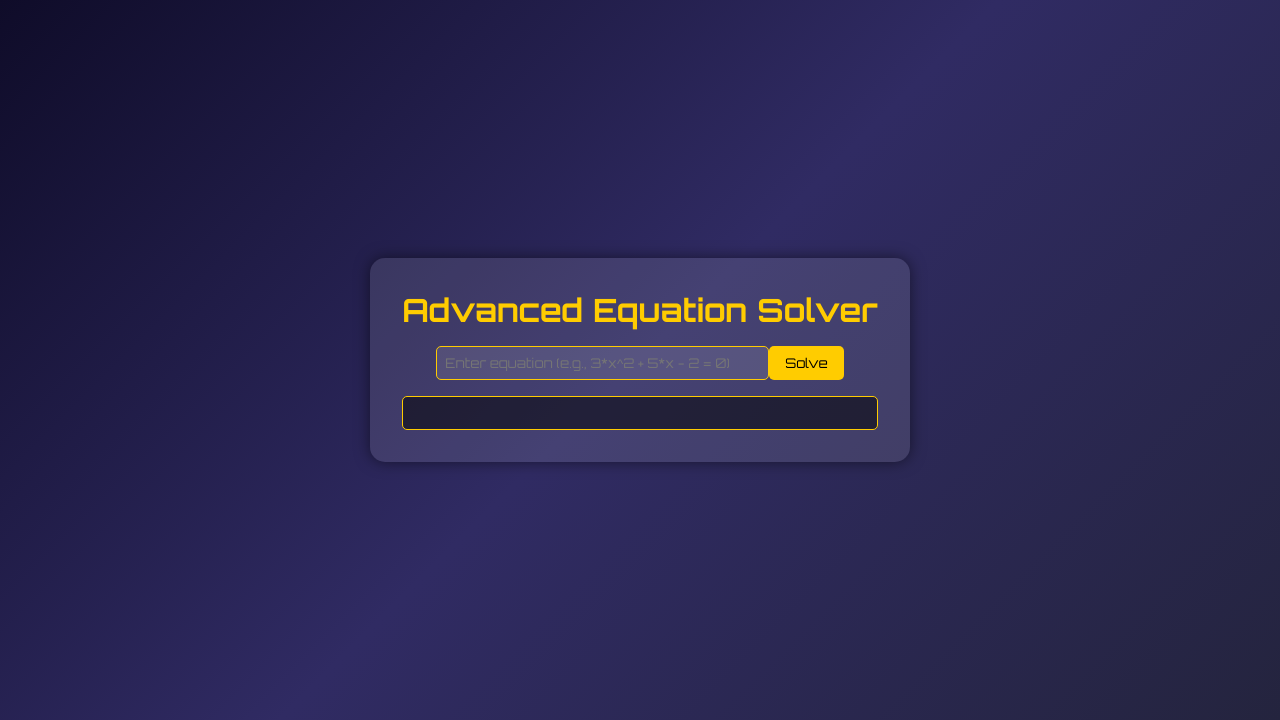
Repository: ngl-ankit/equation-solver
Page: index.html
The author's editor kept a copy of each file at every save. The page is drawn from the files as they stood at one save, then again after the next save.
The browser window is 1280 px wide. The pictures show the whole page.

Above is the page before, as saved 2024-07-07 12:23:25.

After the next save:
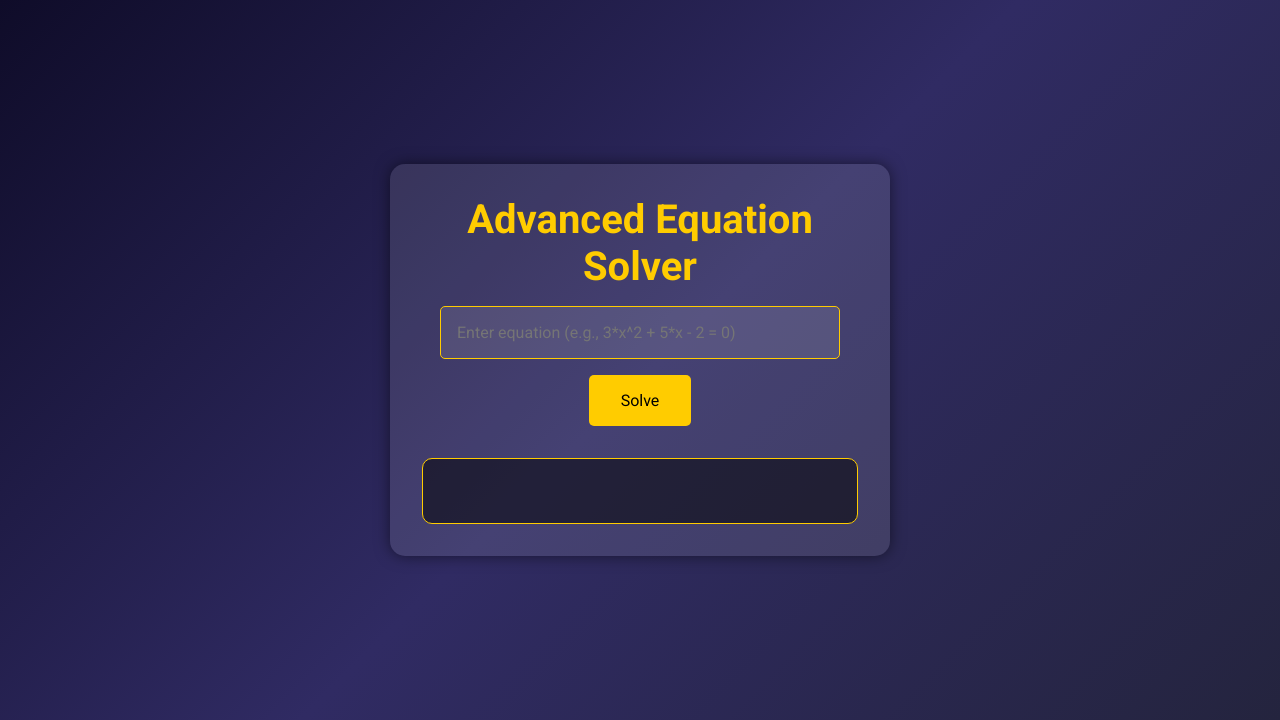
Saved 11 s later.
--- a/styles.css
+++ b/styles.css
@@ -1,10 +1,10 @@
-@import url("https://fonts.googleapis.com/css2?family=Orbitron:wght@400;700&display=swap");
+@import url("https://fonts.googleapis.com/css2?family=Roboto:wght@400;700&display=swap");
 
 * {
   margin: 0;
   padding: 0;
   box-sizing: border-box;
-  font-family: "Orbitron", sans-serif;
+  font-family: "Roboto", sans-serif;
 }
 
 body {
@@ -12,7 +12,13 @@ body {
   justify-content: center;
   align-items: center;
   height: 100vh;
-  background: linear-gradient(135deg, #0f0c29, #302b63, #24243e);
+  background-color: #0f0c29;
+  background-image: linear-gradient(
+    135deg,
+    #0f0c29 0%,
+    #302b63 51%,
+    #24243e 100%
+  );
   color: #fff;
   font-size: 16px;
 }
@@ -24,41 +30,52 @@ body {
   box-shadow: 0 0 15px rgba(0, 0, 0, 0.5);
   text-align: center;
   transition: transform 0.3s ease-in-out;
+  max-width: 500px;
+  width: 90%;
 }
 
 .container:hover {
-  transform: scale(1.05);
+  transform: scale(1.02);
 }
 
 h1 {
   margin-bottom: 1rem;
+  font-size: 2.5rem;
   color: #ffcc00;
+}
+
+.form-container {
+  margin-bottom: 2rem;
 }
 
 form {
   display: flex;
-  justify-content: center;
-  margin-bottom: 1rem;
+  flex-direction: column;
+  align-items: center;
 }
 
 input[type="text"] {
-  width: 70%;
-  padding: 0.5rem;
+  width: 100%;
+  max-width: 400px;
+  padding: 1rem;
   border: 1px solid #ffcc00;
   border-radius: 5px;
   background: rgba(255, 255, 255, 0.1);
   color: #fff;
   outline: none;
+  font-size: 1rem;
+  margin-bottom: 1rem;
 }
 
 button {
-  padding: 0.5rem 1rem;
+  padding: 1rem 2rem;
   border: none;
   background-color: #ffcc00;
   color: #000;
   border-radius: 5px;
   cursor: pointer;
   transition: background-color 0.3s;
+  font-size: 1rem;
 }
 
 button:hover {
@@ -66,16 +83,19 @@ button:hover {
 }
 
 .results {
-  margin-top: 1rem;
-  padding: 1rem;
+  padding: 2rem;
   background: rgba(0, 0, 0, 0.5);
   border: 1px solid #ffcc00;
-  border-radius: 5px;
+  border-radius: 10px;
   animation: fadeIn 0.5s ease-in-out;
+  text-align: left;
+  max-width: 100%;
 }
 
 .results p {
   margin-bottom: 0.5rem;
+  font-size: 1rem;
+  line-height: 1.5;
 }
 
 @keyframes fadeIn {
